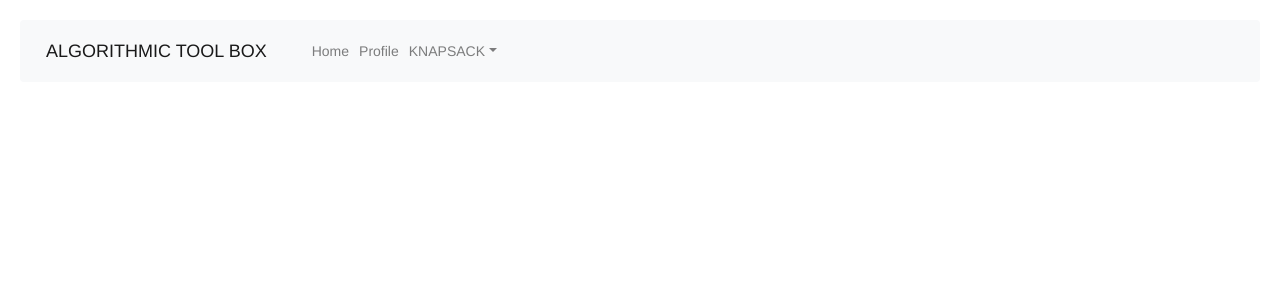
Repository: vinaybabu3962/ALGORITHMIC-TOOLBOX
Page: DAA_WT/webapp/index.html
These files come from the project's save history. The page is drawn as it stood at one moment and after the next save; the edit follows.
The browser window is 1280 px wide. The pictures show the whole page.
Some web libraries are served in a nearby version.

Above is the page before, as saved 2021-07-06 14:28:41.

After the next save:
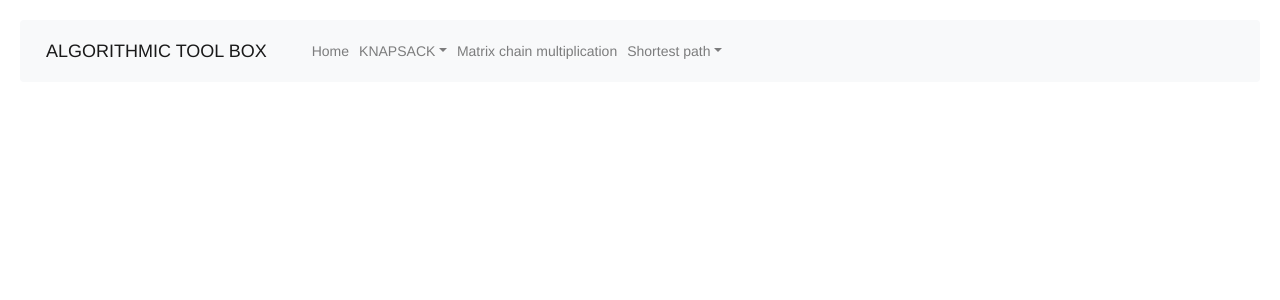
Saved 101 s later.
--- a/DAA_WT/webapp/index.html
+++ b/DAA_WT/webapp/index.html
@@ -28,11 +28,21 @@
                 <li class="nav-item">
                     <a href="#" class="nav-link">Home</a>
                 </li>
+
+                <li class="nav-item dropdown">
+                    <a href="#" class="nav-link dropdown-toggle" data-toggle="dropdown">KNAPSACK</a>
+                    <div class="dropdown-menu">
+                    	<a href="GreedyKnapsack.html" class="dropdown-item">Greedy Knapsack</a>
+  						<a href="KnapSackDP.html" class="dropdown-item">Knapsack using DP</a>
+
+                    </div>
+                </li>
                 <li class="nav-item">
-                    <a href="#" class="nav-link">Profile</a>
+                  <a href="MatrixChainMultiplication.html" class="nav-link">Matrix chain multiplication</a>
+
                 </li>
                 <li class="nav-item dropdown">
-                    <a href="#" class="nav-link dropdown-toggle" data-toggle="dropdown">KNAPSACK</a>
+                    <a href="#" class="nav-link dropdown-toggle" data-toggle="dropdown">Shortest path</a>
                     <div class="dropdown-menu">
                     	<a href="GreedyKnapsack.html" class="dropdown-item">Greedy Knapsack</a>
   						<a href="KnapSackDP.html" class="dropdown-item">Knapsack using DP</a>
